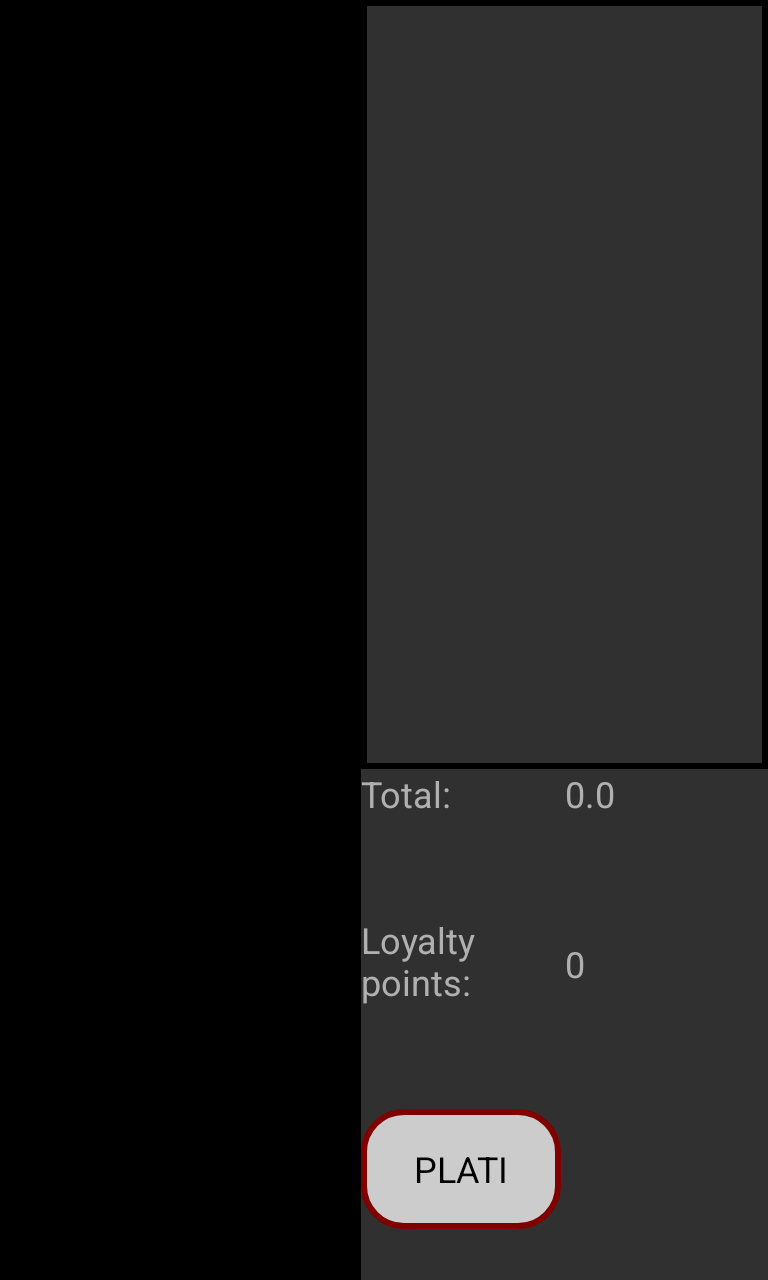
Repository: dzenisahusic/AndroidApp
Layout: Edit2014Sales/res/layout/fragment_kasa.xml
The author's editor kept a copy of each file at every save. The layout is drawn from the files as they stood at one save, then again after the next save.
It is drawn on a 768 x 1280 px phone screen (xhdpi) without system bars, with theme AppTheme; the app's code is not run. Lists and similar views that code fills are empty.

Above is the layout before, as saved 2014-07-15 18:47:04.

After the next save:
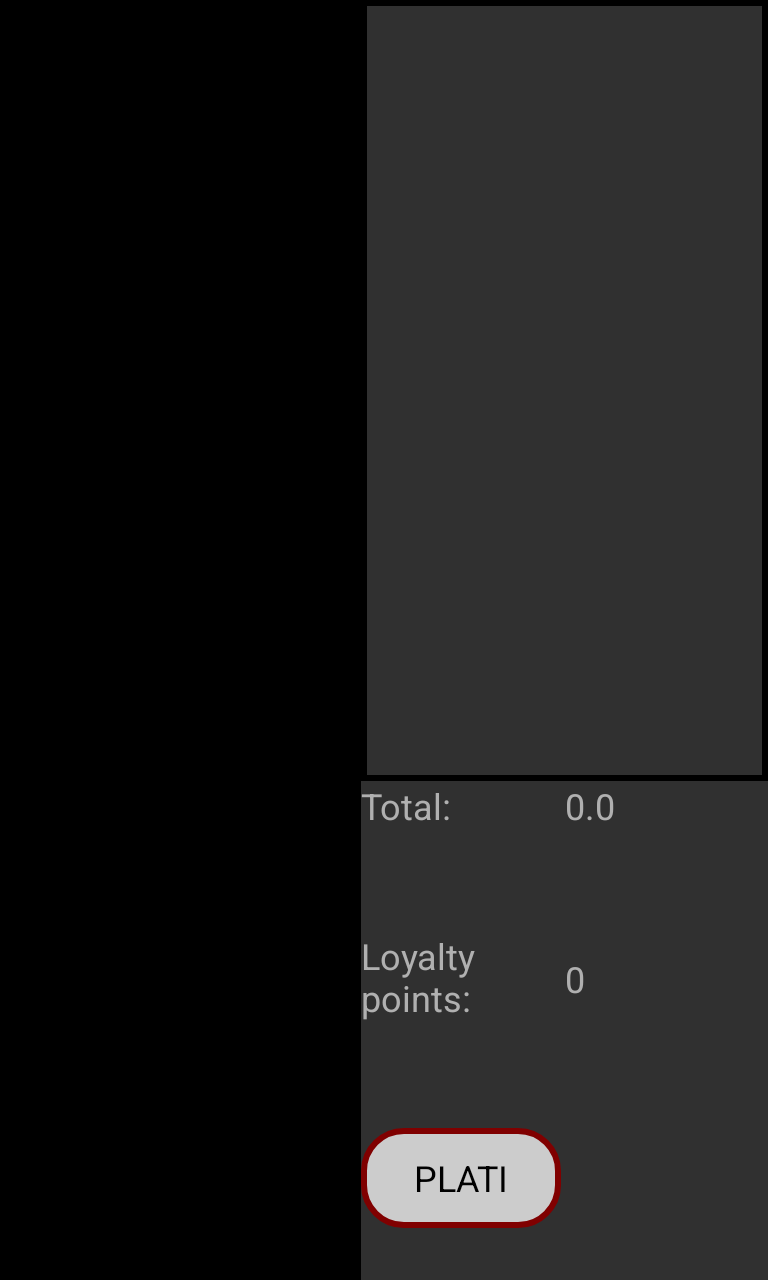
Saved 25 s later.
--- a/Edit2014Sales/res/layout/fragment_kasa.xml
+++ b/Edit2014Sales/res/layout/fragment_kasa.xml
@@ -179,7 +179,7 @@
                            <Button
                     android:id="@+id/plati"
                     android:layout_width="100dp"
-                    android:layout_height="60dp"
+                    android:layout_height="50dp"
                     android:text="PLATI"
                     android:background="@drawable/rounded_corner_top"/>
 
